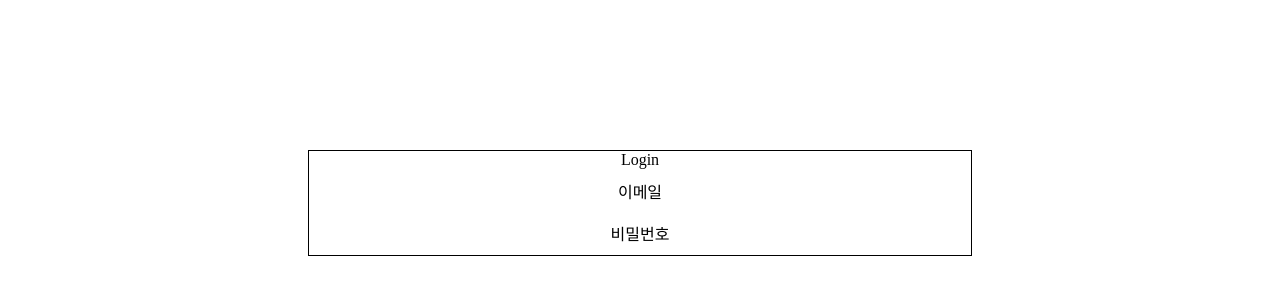
Repository: smandkd/Multicampus_Frontend
Page: http://localhost/Mulcam_Project/jsp/login.jsp
These files come from the project's save history. The page is drawn as it stood at one moment and after the next save; the edit follows.
The browser window is 1280 px wide. The pictures show the whole page.
The page is served by Tomcat 9.

Above is the page before, as saved 2022-01-30 02:02:18.

### Mulcam_Project/jsp/login.jsp
<%@ page contentType="text/html; charset=utf-8"
    pageEncoding="EUC-KR"%>
<!DOCTYPE html>
<html>
<head>
<meta name="viewport" content="width=device-width, initial-scale=1.0">
<style type="text/css">
.a {
	text-align:center;
	margin-right:300px;
	margin-left:300px;
	margin-top:150px;
	border:1px solid;
}
.b {
	margin-top:10px;
}
.c {
	margin-bottom:10px;
}
</style>
</head>
<body>

<div class="a">
	Login
	<div>
		<div class="b">
		이메일
		</div>
		<br/>
		<div class="c">
		비밀번호
		</div>
	</div>
</div>
</body>
</html>

After the next save:
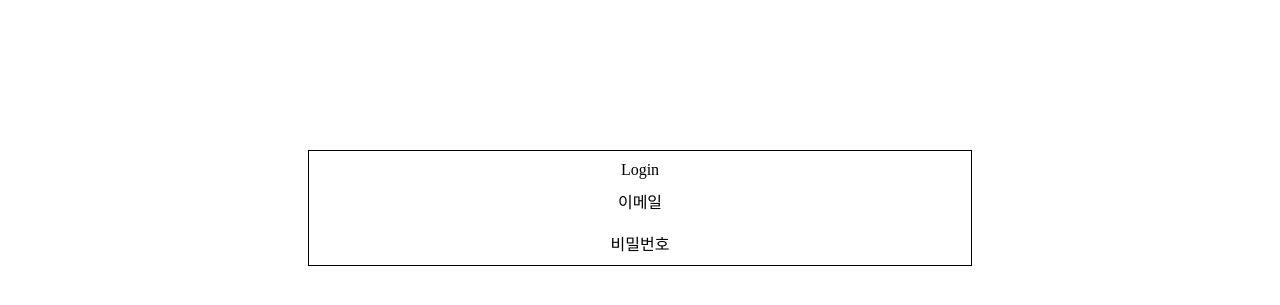
Saved 17 s later.
--- a/Mulcam_Project/jsp/login.jsp
+++ b/Mulcam_Project/jsp/login.jsp
@@ -10,6 +10,7 @@
 	margin-right:300px;
 	margin-left:300px;
 	margin-top:150px;
+	padding-top:10px;
 	border:1px solid;
 }
 .b {
